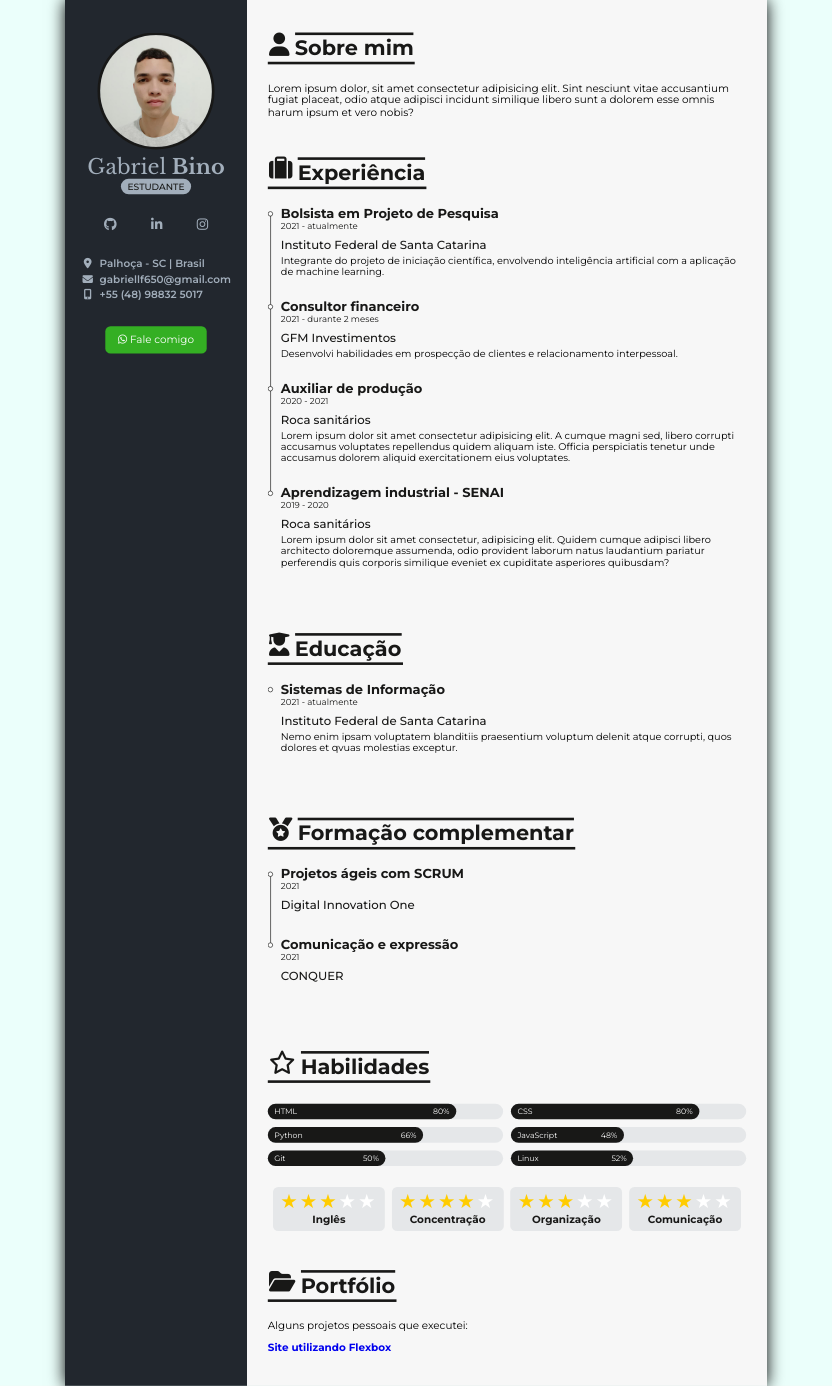
Repository: gabrielbino/curriculoResponsivo
Page: index.html
An editor plug-in stored every save of this project. The page is shown before and after the next save, followed by the edit.
The browser window is 1280 px wide. The pictures show the whole page, at 65% of full size.
Some web libraries are served in a nearby version.

Above is the page before, as saved 2021-10-20 22:51:46.

After the next save:
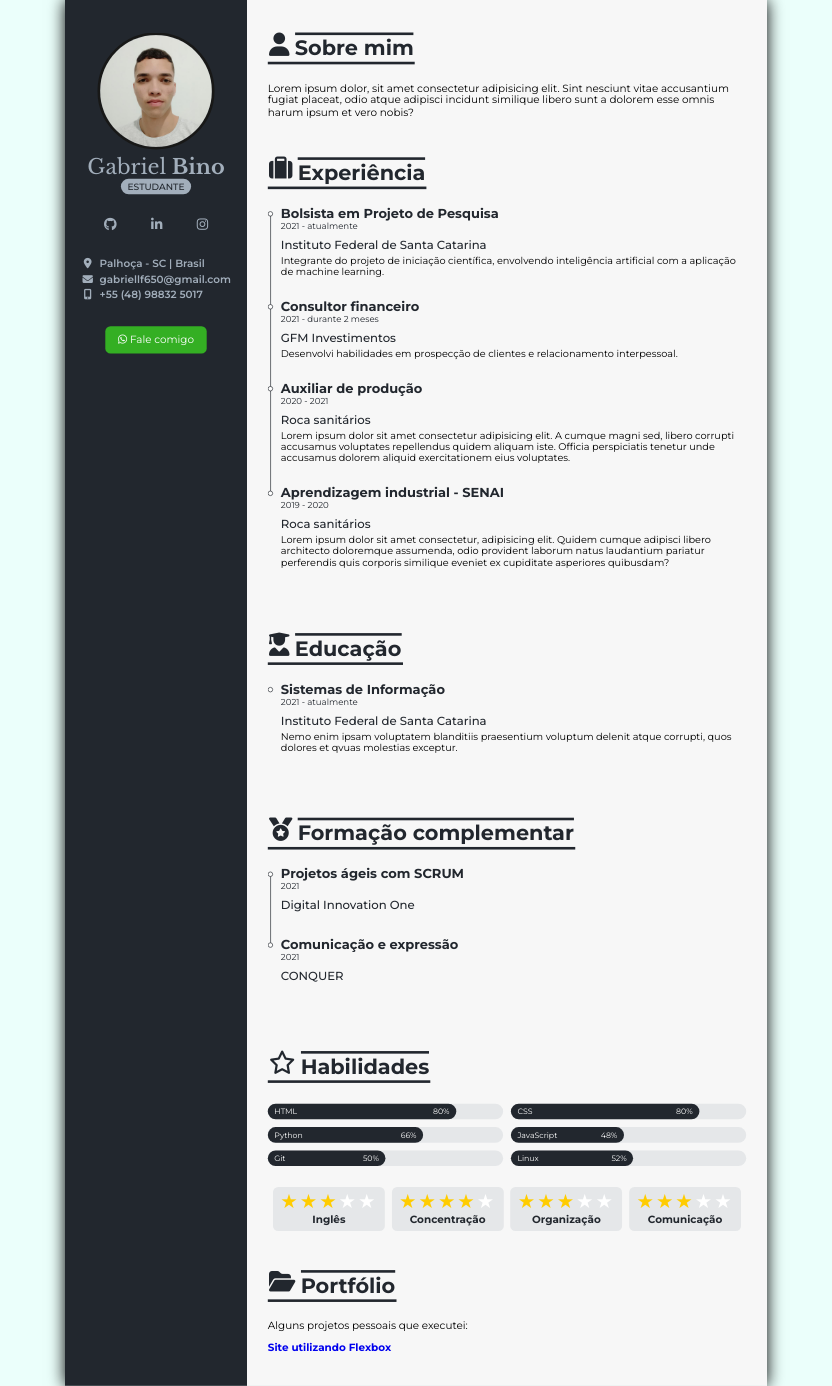
Saved 81 s later.
--- a/css/style.css
+++ b/css/style.css
@@ -59,7 +59,7 @@ aside {
 .subtitle-role {
   background: #a2aebb;
   border-radius: 12px;
-  color: #181817;
+  color: #22272e;
   font-size: 14px;
   font-weight: 500;
   margin: 0;
@@ -129,7 +129,7 @@ article:not(:last-of-type) {
 .article-title-wrapper {
   align-items: center;
   border-bottom: 4px solid;
-  color: #181817;
+  color: #22272e;
   display: inline-flex;
   margin-bottom: 12px;
   padding: 0 2px;
@@ -141,7 +141,7 @@ article:not(:last-of-type) {
 
 .article-title {
   border-top: 4px solid;
-  color: #181817;
+  color: #22272e;
   font-size: 32px;
   font-weight: 800;
   margin: 0 0 2px;
@@ -163,7 +163,7 @@ article:not(:last-of-type) {
 .timeline li::after {
   background-color: #fff;
   border-radius: 50%;
-  border: 1px solid #181817;
+  border: 1px solid #22272e;
   box-sizing: border-box;
   content: "";
   display: inline-block;
@@ -175,7 +175,7 @@ article:not(:last-of-type) {
 }
 
 .timeline li:not(:last-of-type)::before {
-  background-color: #181817;
+  background-color: #22272e;
   content: "";
   height: 100%;
   left: 3.5px;
@@ -185,19 +185,19 @@ article:not(:last-of-type) {
 }
 
 .timeline-title {
-  color: #181817;
+  color: #22272e;
   font-size: 20px;
   margin: -8px 0 0;
 }
 
 .timeline-time {
-  color: #181817;
+  color: #22272e;
   font-weight: 400;
   margin: 0;
 }
 
 .timeline-place {
-  color: #181817;
+  color: #22272e;
   font-size: 18px;
   font-weight: 500;
   margin: 12px 0 4px;
@@ -227,7 +227,7 @@ article:not(:last-of-type) {
 
 .progress-bar {
   align-items: center;
-  background-color: #181817;
+  background-color: #22272e;
   border-radius: 20px;
   color: #fff;
   display: flex;
@@ -272,7 +272,7 @@ article:not(:last-of-type) {
 }
 
 .soft-skill-label {
-  color: #181817;
+  color: #22272e;
   margin: 4px 0 0;
 }
 
